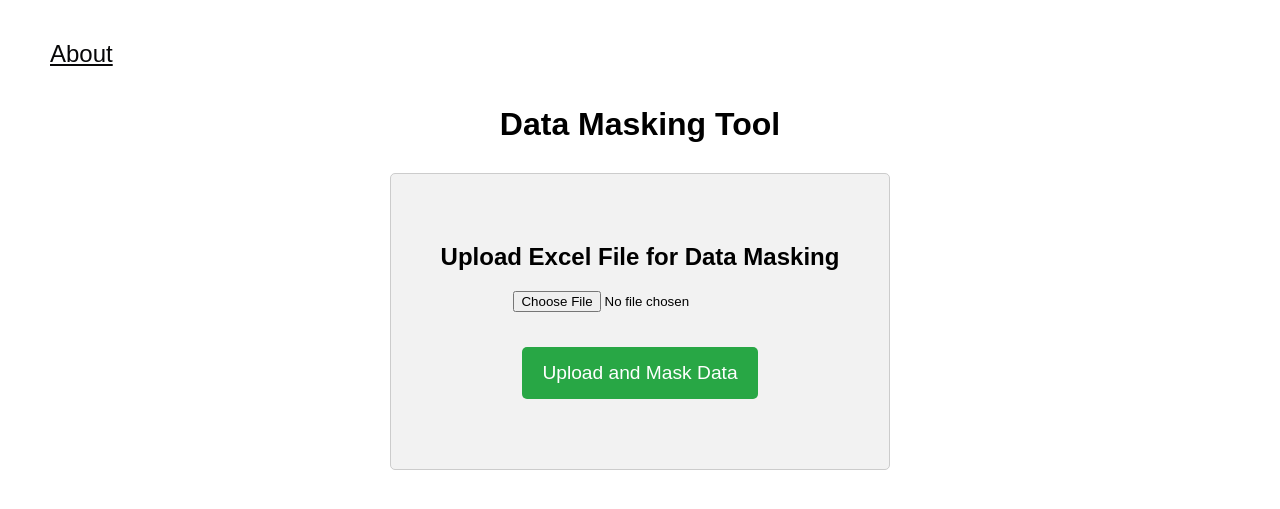
Repository: prithika12/DataMasking_Tool
Page: index.html
These files come from the project's save history. The page is drawn as it stood at one moment and after the next save; the edit follows.
The browser window is 1280 px wide. The pictures show the whole page.

Above is the page before, as saved 2024-07-09 11:55:48.

After the next save:
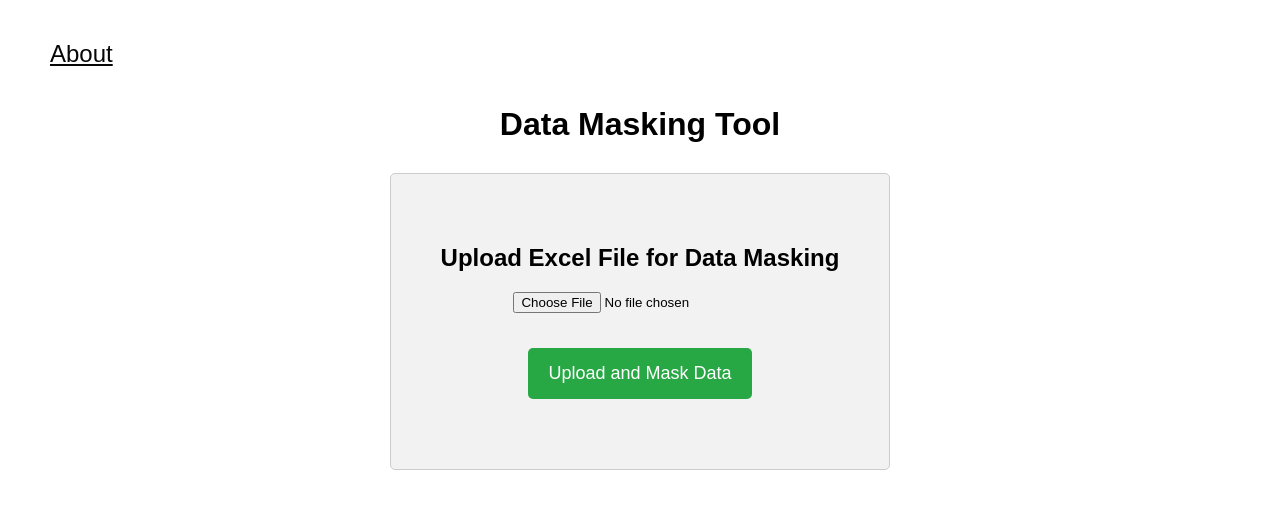
Saved 7 s later.
--- a/index.html
+++ b/index.html
@@ -36,7 +36,7 @@
         button {
             display: block;
             margin: 20px auto;
-            font-size: larger;
+            font-size: large;
             margin-top: 35px;
             padding: 15px 20px;
             background-color: #28a745;
